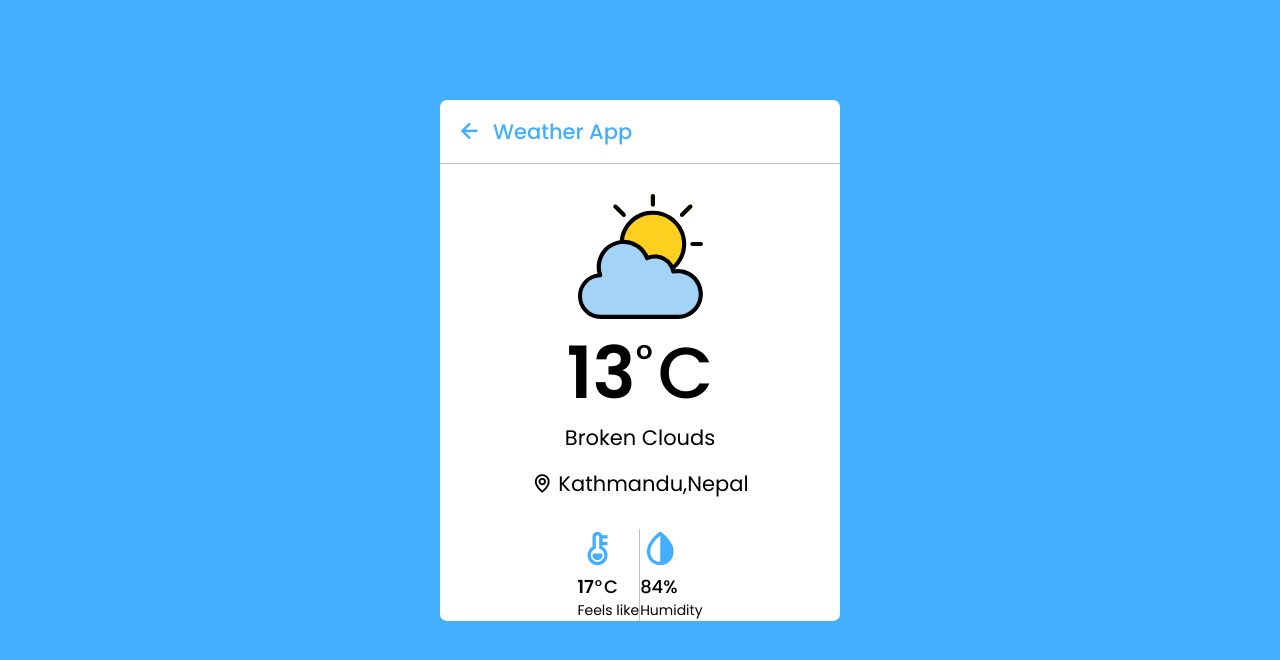
Repository: long13820/Weather-App-HTML-CSS-Javascript
Page: index.html
An editor plug-in stored every save of this project. The page is shown before and after the next save, followed by the edit.
The browser window is 1280 px wide. The pictures show the whole page.

Above is the page before, as saved 2021-09-02 11:34:03.

After the next save:
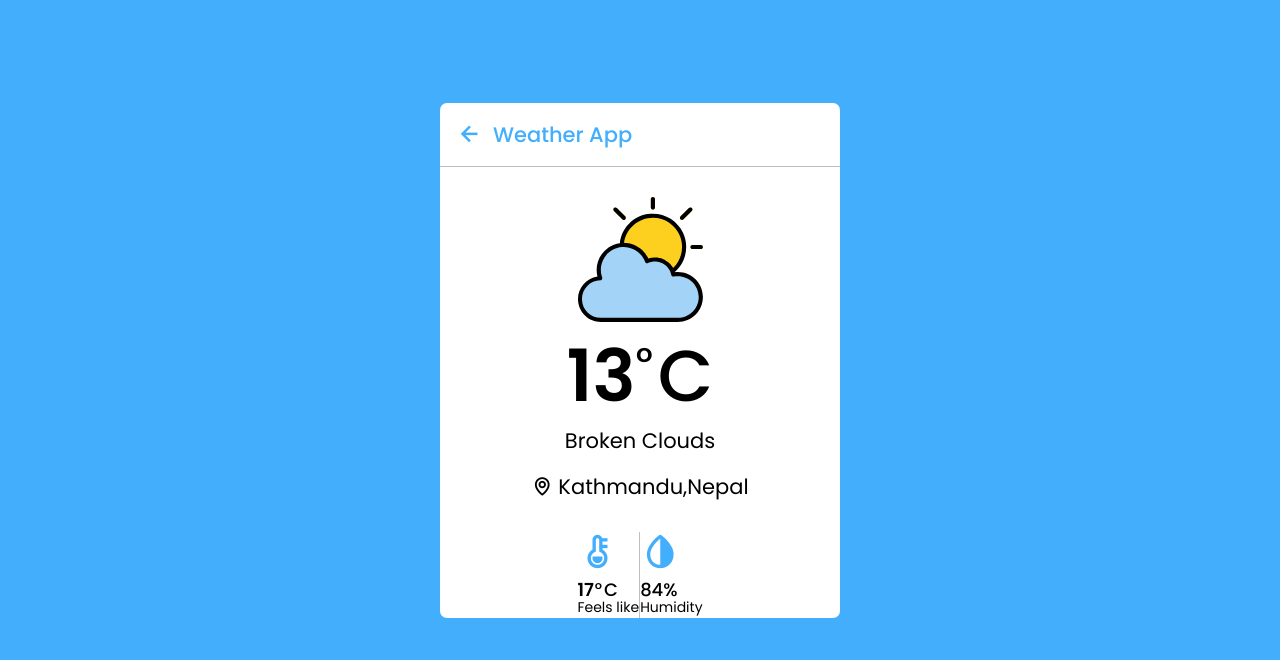
Saved 4 s later.
--- a/style.css
+++ b/style.css
@@ -156,5 +156,5 @@ header i{
 }
 .details p{
     font-size: 14px;
-    ma
+    margin-top: -6px;
 }
